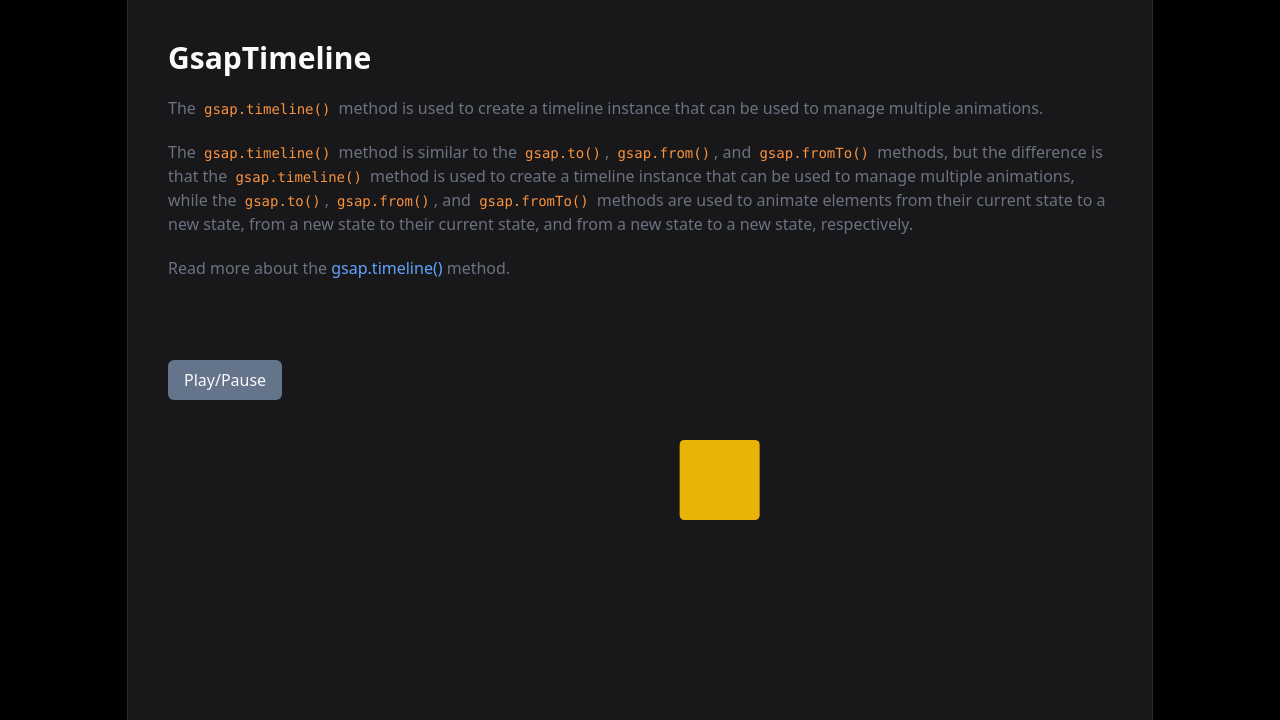
Repository: mgoyeghiaian/gsap-Starter
Page: /gsaptimeline
These files come from the project's save history. The page is drawn as it stood at one moment and after the next save; the edit follows.
The browser window is 1280 px wide. The pictures show the whole page.
The project was rebuilt for these pictures with package versions that can differ from the ones it lists, and the page was loaded fresh each time. Also part of the build but not shown: vite.config.js, src/pages/Home.jsx, src/pages/GsapTo.jsx, src/pages/GsapFrom.jsx, src/pages/GsapFromTo.jsx, src/pages/GsapStagger.jsx, src/pages/GsapScrollTrigger.jsx, src/pages/GsapText.jsx.

Above is the page before, as saved 2024-03-17 23:39:35.

After the next save:
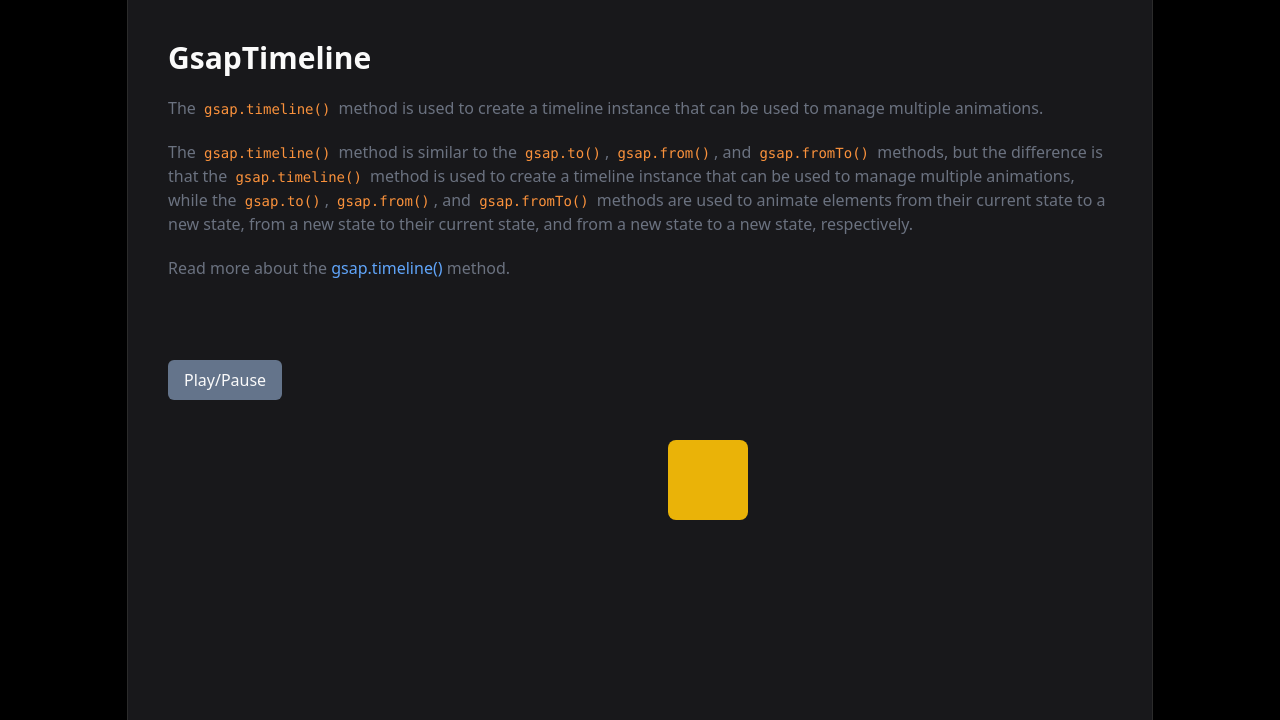
Saved 38 s later.
--- a/src/pages/GsapTimeline.jsx
+++ b/src/pages/GsapTimeline.jsx
@@ -12,6 +12,14 @@
       rotation: 360,
       borderRadius: '100%',
       duration: 2,
+      ease: 'back.inOut',
+    })
+    timeline.to('#yellow-box', {
+      x: 500,
+      rotation: 360,
+      borderRadius: '8px',
+      duration: 2,
+      scale: 1,
       ease: 'back.inOut',
     })
     timeline.to('#yellow-box', {
